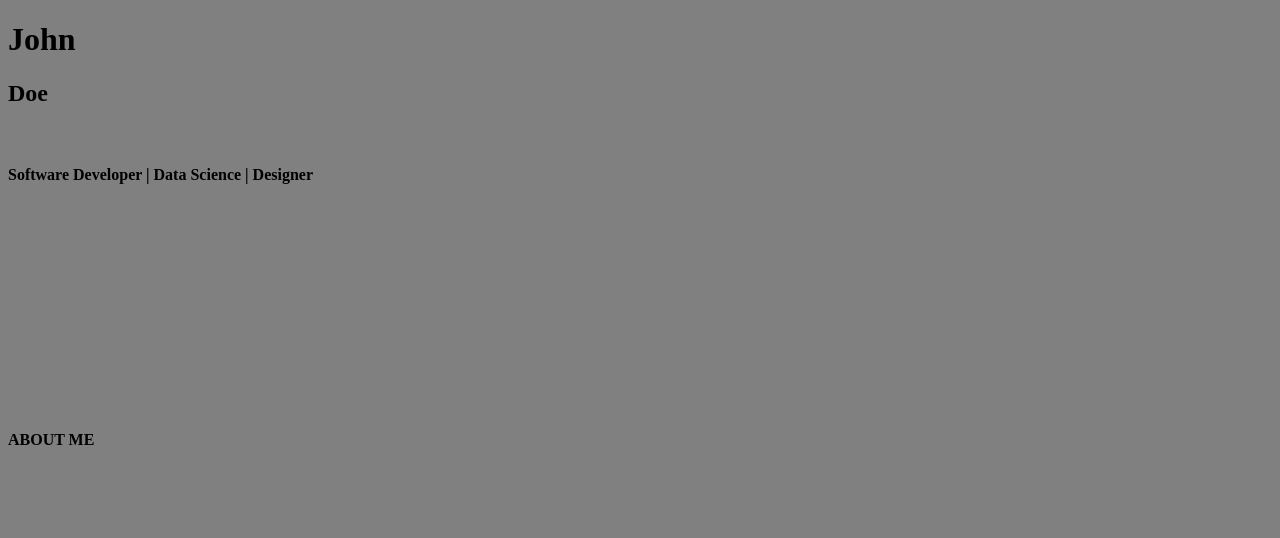
Repository: mrjayajay/week-1-code-challenges
Page: assignment/index.html
An editor plug-in stored every save of this project. The page is shown before and after the next save, followed by the edit.
The browser window is 1280 px wide. The pictures show the whole page.

Above is the page before, as saved 2024-03-10 16:59:59.

### assignment/index.html
<!DOCTYPE html>
<html lang="en">
<head>
    <meta charset="UTF-8">
    <meta name="viewport" content="width=device-width, initial-scale=1.0">
    <title>ASSIGNMENT</title>
    <link rel="stylesheet" href="style.css">
</head>
<body>
    <h1>John</h1>
    <h2>Doe</h2>
    <br>
    <h4>Software Developer | Data Science | Designer</h4>
     <div id="circ" class="list">
    <svg width="200" height="200">
    <circle cx="100" cy="100" r="80" fill="grey" stroke="black" stroke-width="0"/></svg>

    </div>
    <h4 text-align="centre">ABOUT ME</h4>
    <pre>

    </pre>


        </body>
    </svg>
</body>
</html>

### assignment/style.css
*{
    padding:0px
    margin:0px
}
body {
    background-color: grey;
    font-family: 'Times New Roman', Times, serif;
}

After the next save:
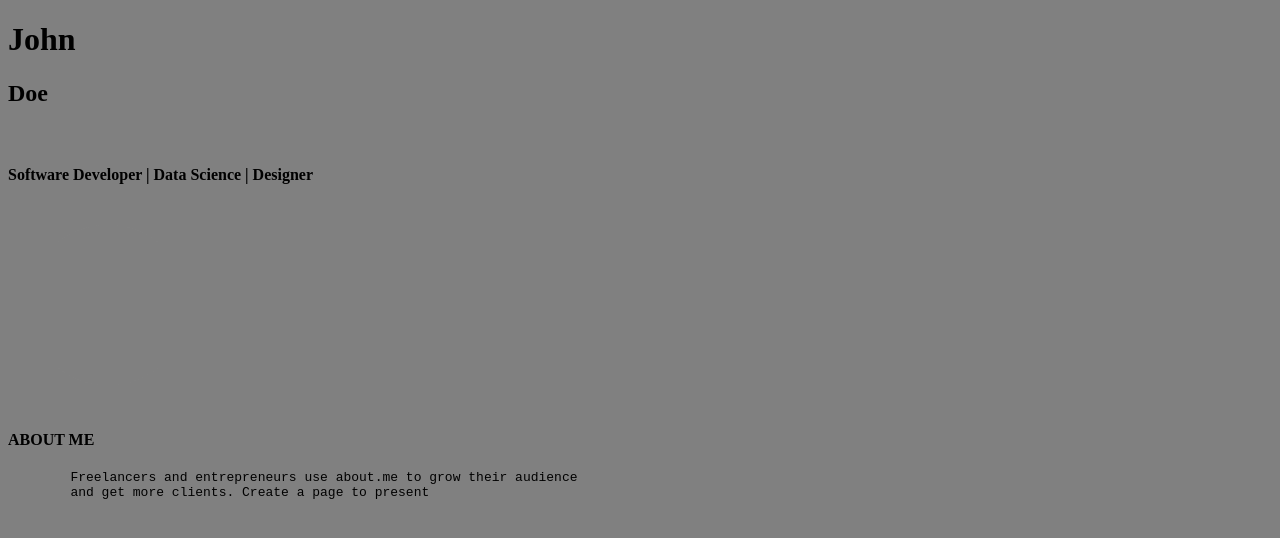
Saved 84 s later.
--- a/assignment/index.html
+++ b/assignment/index.html
@@ -18,7 +18,8 @@
     </div>
     <h4 text-align="centre">ABOUT ME</h4>
     <pre>
-
+        Freelancers and entrepreneurs use about.me to grow their audience
+        and get more clients. Create a page to present
     </pre>
 
 
